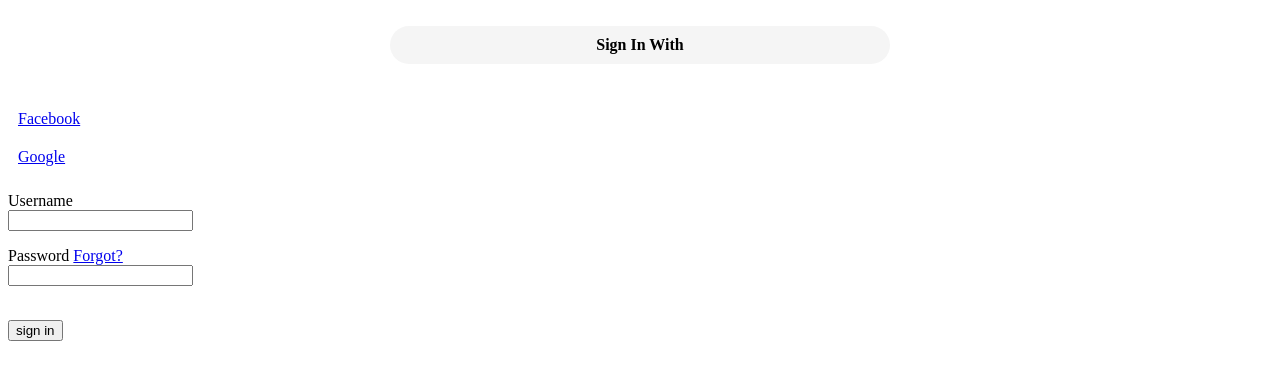
Repository: Tobby004/bdc-assignment-2
Page: index.html
The author's editor kept a copy of each file at every save. The page is drawn from the files as they stood at one save, then again after the next save.
The browser window is 1280 px wide. The pictures show the whole page.

Above is the page before, as saved 2023-02-11 06:35:06.

After the next save:
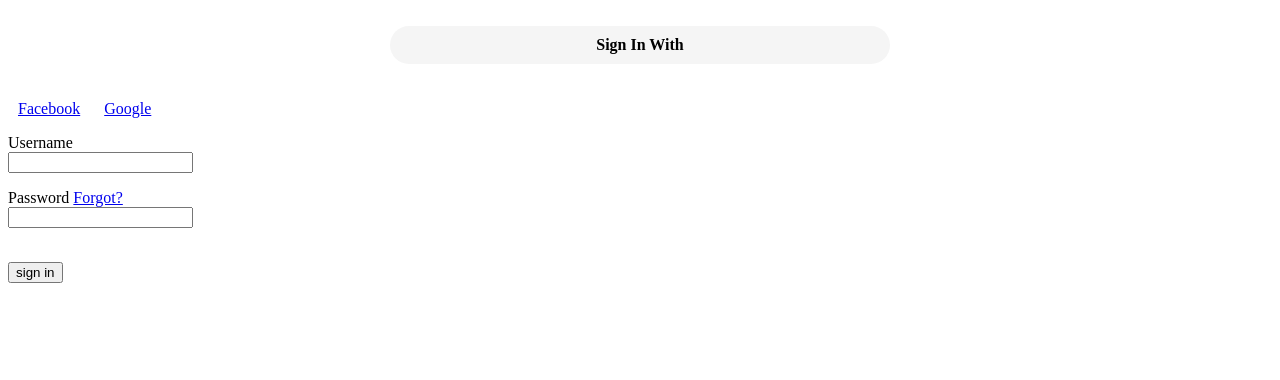
Saved 5 min 13 s later.
--- a/task.css
+++ b/task.css
@@ -13,7 +13,8 @@ header b {
 }
 header a {
     padding: 10px;
-display: flex;
-    margin-left: auto;
-    margin-right: auto;
+    display: flexbox;
+    width: 20px;
+    max-width: 500px
+
 }
